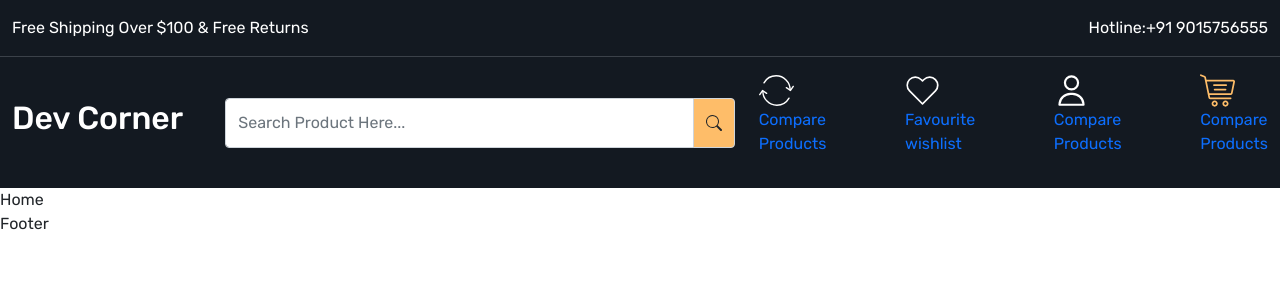
Repository: anamikatomar21/demo
Page: /
These files come from the project's save history. The page is drawn as it stood at one moment and after a run of saves; the edit follows.
The browser window is 1280 px wide. The pictures show the whole page.
The project was rebuilt for these pictures with package versions that can differ from the ones it lists, and the page was loaded fresh each time. Also part of the build but not shown: src/pages/About.js, src/pages/Contact.js.

Above is the page before, as saved 2023-05-13 16:21:53.

After the next 2 saves:
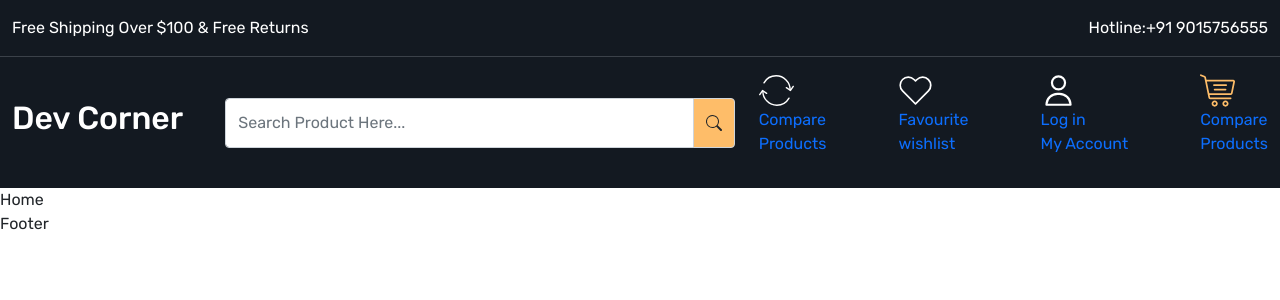
The 2 saves are shown as one change because they came seconds apart.
The last was saved 16 s later.
--- a/src/components/Header.js
+++ b/src/components/Header.js
@@ -69,7 +69,7 @@
                   <Link to="/compare-product" className="">
                     <img src="/images/images/user.svg" alt="compare" />
                     <p>
-                      Compare <br /> Products
+                      Log in <br /> My Account
                     </p>
                   </Link>
                 </div>
